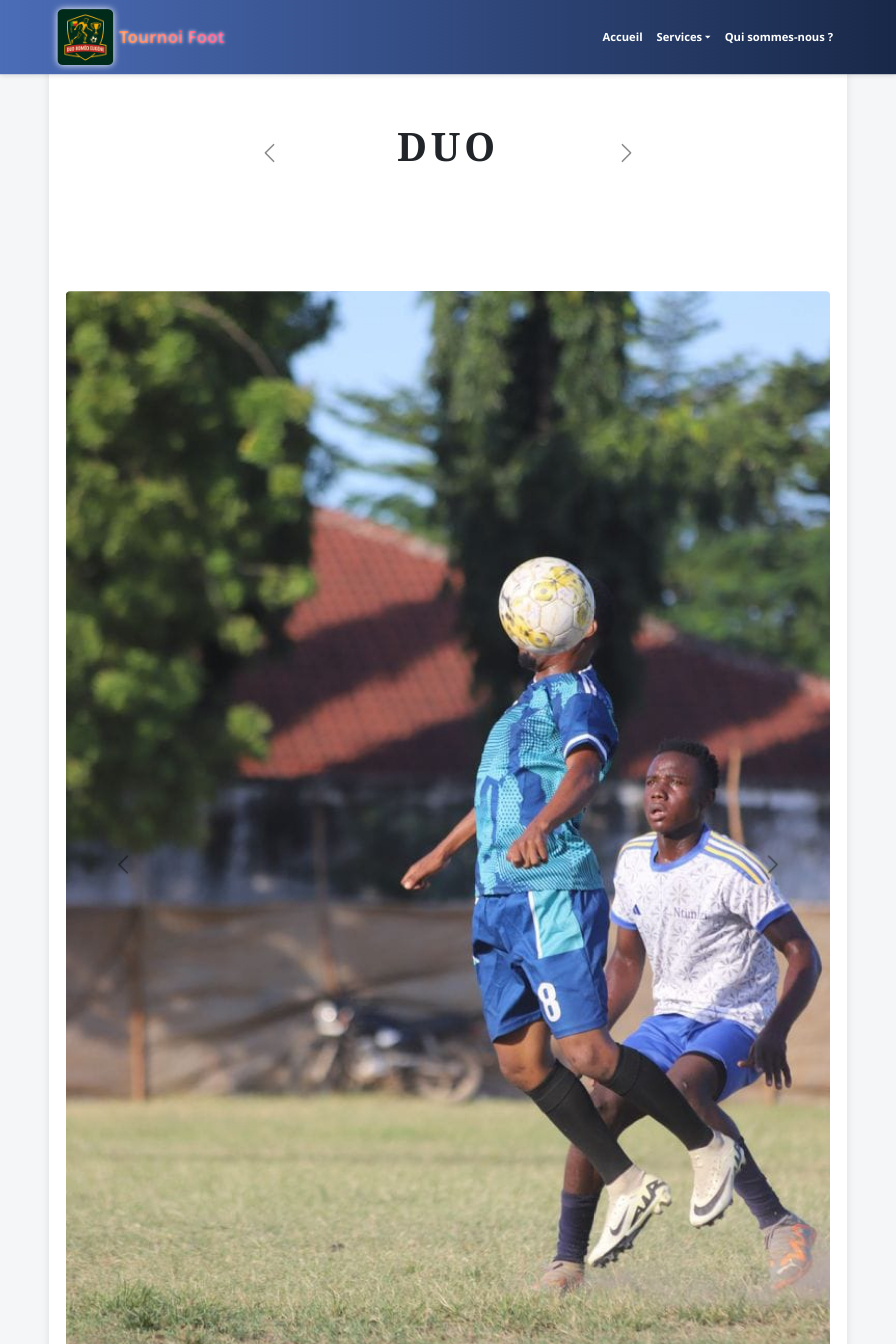
Repository: KILAYOSSI/tournoi_foot
Page: templates/pages/home.html.twig
The author's editor kept a copy of each file at every save. The page is drawn from the files as they stood at one save, then again after the next save.
The browser window is 1280 px wide. The pictures show the part of the page from y = 0 to 1920 px (the page is 3435 px tall before and 3385 px after), at 70% of full size.
The page is a Twig template of a Symfony application; nobody is signed in and links lead nowhere. The template is opened directly, without the code that normally fills it, so the values that code supplies are empty.

Above is the page before, as saved 2025-06-24 21:22:22.

After the next save:
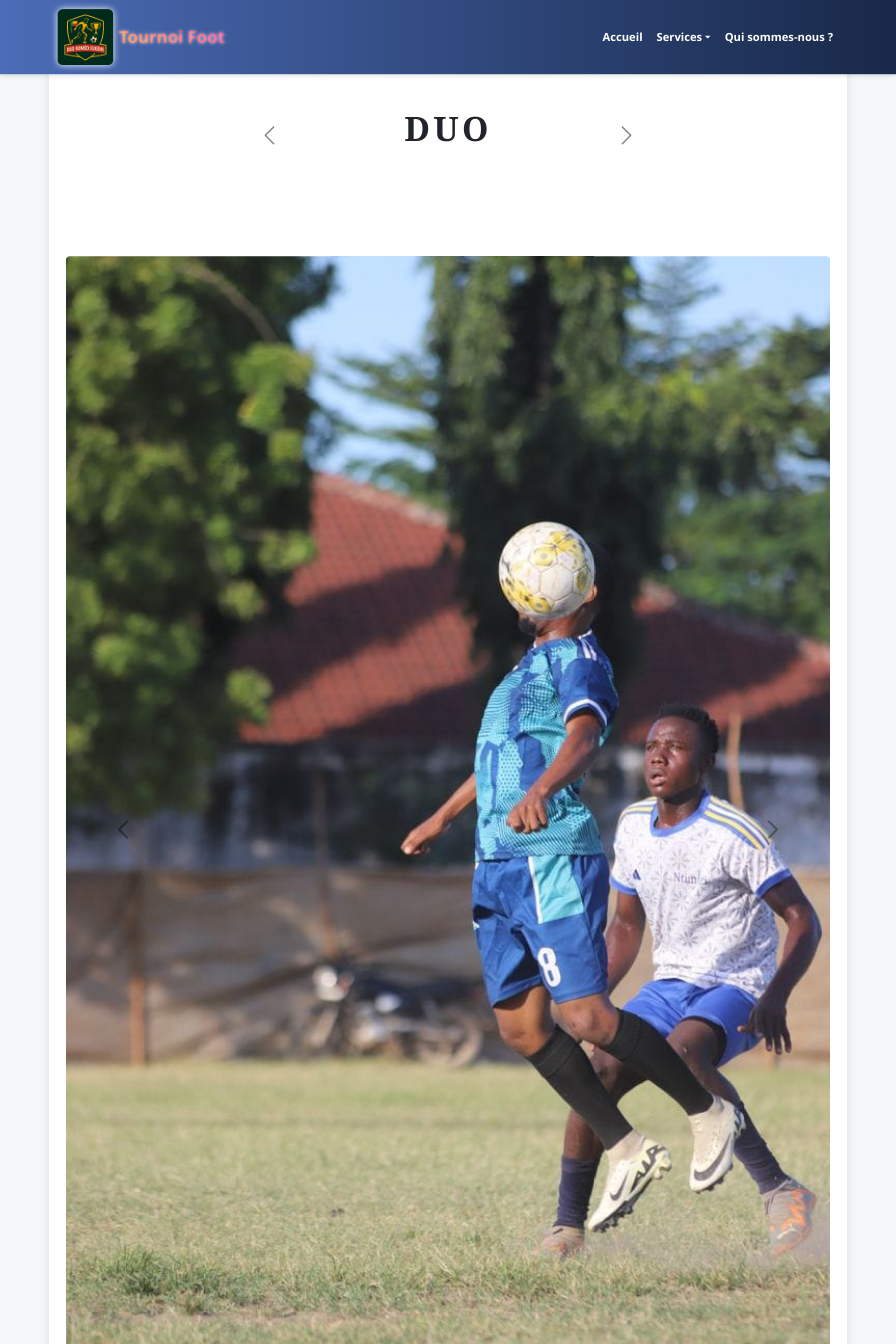
Saved 7 min 6 s later.
--- a/templates/pages/home.html.twig
+++ b/templates/pages/home.html.twig
@@ -4,20 +4,20 @@
 
 {% block body %}
 <div class="container my-5">
-    <div class="banner rounded overflow-hidden position-relative mb-5" style="height: 300px; overflow: hidden; border-radius: 0.5rem; position: relative;">
+<div class="banner rounded overflow-hidden position-relative mb-5" style="height: 250px; overflow: hidden; border-radius: 0.5rem; position: relative; margin-top: 0.5rem;">
         <div id="carouselTournoi" class="carousel slide position-absolute top-50 start-50 translate-middle" data-bs-ride="carousel" data-bs-interval="3000" style="width: 100%; max-width: 600px;">
             <div class="carousel-inner">
                 <div class="carousel-item active">
-                    <h1 class="text-dark display-4 fw-bold text-center" style="font-family: 'Georgia', serif; font-weight: 900; font-size: 3.5rem; letter-spacing: 0.1em; text-transform: uppercase;">TOURNOI</h1>
+                    <h1 class="text-dark display-4 fw-bold text-center" style="font-family: 'Georgia', serif; font-weight: 900; font-size: 3rem; letter-spacing: 0.1em; text-transform: uppercase;">TOURNOI</h1>
                 </div>
                 <div class="carousel-item">
-                    <h1 class="text-dark display-4 fw-bold text-center" style="font-family: 'Georgia', serif; font-weight: 900; font-size: 3.5rem; letter-spacing: 0.1em; text-transform: uppercase;">DUO</h1>
+                    <h1 class="text-dark display-4 fw-bold text-center" style="font-family: 'Georgia', serif; font-weight: 900; font-size: 3rem; letter-spacing: 0.1em; text-transform: uppercase;">DUO</h1>
                 </div>
                 <div class="carousel-item">
-                    <h1 class="text-dark display-4 fw-bold text-center" style="font-family: 'Georgia', serif; font-weight: 900; font-size: 3.5rem; letter-spacing: 0.1em; text-transform: uppercase;">ROMEO</h1>
+                    <h1 class="text-dark display-4 fw-bold text-center" style="font-family: 'Georgia', serif; font-weight: 900; font-size: 3rem; letter-spacing: 0.1em; text-transform: uppercase;">ROMEO</h1>
                 </div>
                 <div class="carousel-item">
-                    <h1 class="text-dark display-4 fw-bold text-center" style="font-family: 'Georgia', serif; font-weight: 900; font-size: 3.5rem; letter-spacing: 0.1em; text-transform: uppercase;">EUGENE</h1>
+                    <h1 class="text-dark display-4 fw-bold text-center" style="font-family: 'Georgia', serif; font-weight: 900; font-size: 3rem; letter-spacing: 0.1em; text-transform: uppercase;">EUGENE</h1>
                 </div>
             </div>
             <button class="carousel-control-prev" type="button" data-bs-target="#carouselTournoi" data-bs-slide="prev" style="filter: invert(1);">
